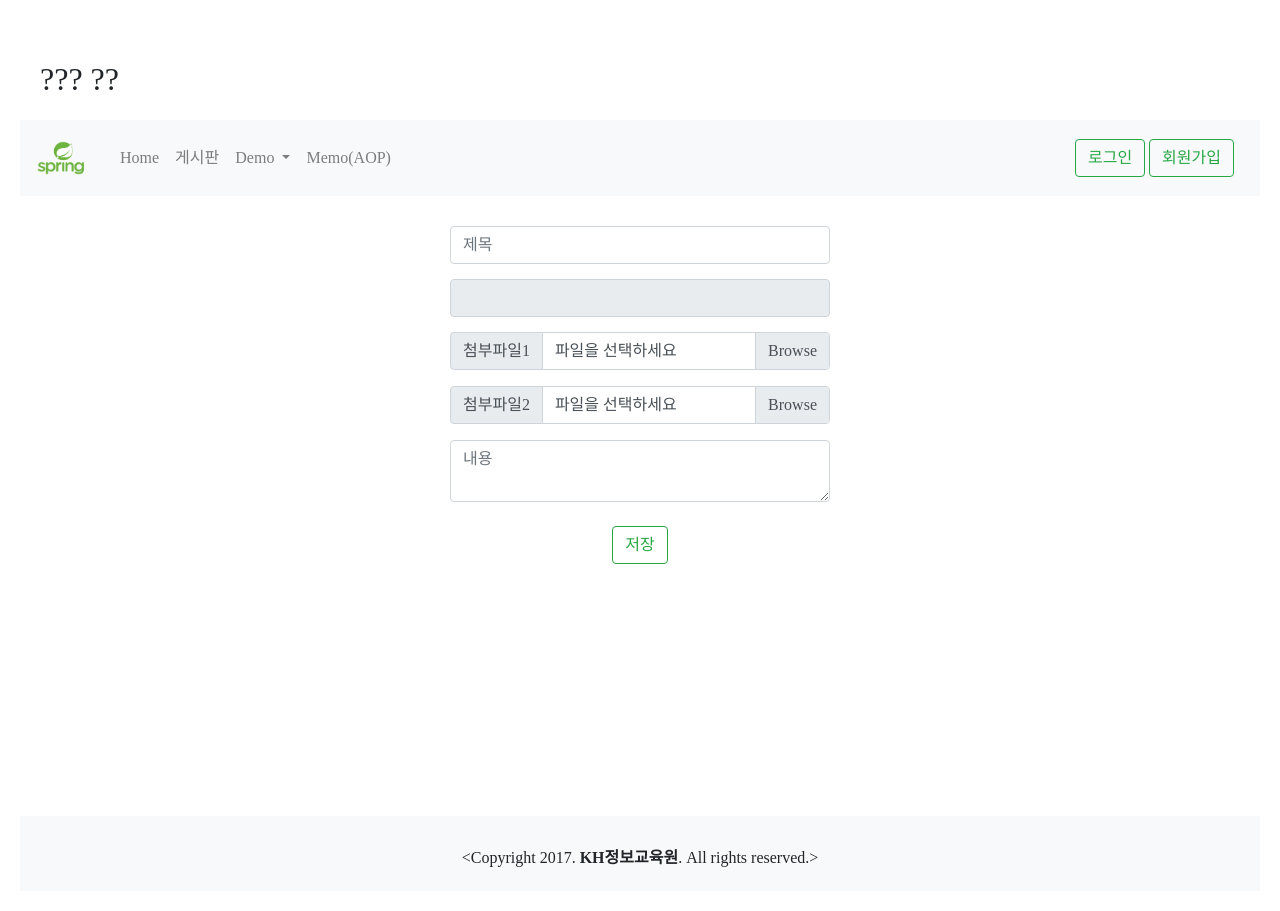
Repository: jsungl/SPRING-WORKSPACE
Page: http://localhost/hello-spring/WEB-INF/views/board/boardForm.jsp
These files come from the project's save history. The page is drawn as it stood at one moment and after the next save; the edit follows.
The browser window is 1280 px wide. The pictures show the whole page.
The page is served by Tomcat 9. Nobody is signed in. Other server files are loaded and not shown. The template is opened directly, without the code that normally fills it, so the values that code supplies are empty.

Above is the page before, as saved 2021-05-25 12:23:01.

### hello-spring/src/main/webapp/WEB-INF/views/board/boardForm.jsp
<%@ page language="java" contentType="text/html; charset=UTF-8"
    pageEncoding="UTF-8"%>
<%@ taglib prefix="c" uri="http://java.sun.com/jsp/jstl/core"%>
<%@ taglib prefix="fmt" uri="http://java.sun.com/jsp/jstl/fmt"%>
<%@ taglib prefix="fn" uri="http://java.sun.com/jsp/jstl/functions"%>
<jsp:include page="/WEB-INF/views/common/header.jsp">
	<jsp:param value="게시글 작성" name="title"/>
</jsp:include>
<style>
div#board-container{width:400px; margin:0 auto; text-align:center;}
div#board-container input{margin-bottom:15px;}
/* 부트스트랩 : 파일라벨명 정렬*/
div#board-container label.custom-file-label{text-align:left;}

</style>
<script>
/* textarea에도 required속성을 적용가능하지만, 공백이 입력된 경우 대비 유효성검사를 실시함. */
function boardValidate(){
	var $content = $("[name=content]");
	if(/^(.|\n)+$/.test($content.val()) == false){
		alert("내용을 입력하세요");
		return false;
	}
	return true;
}

$(() => {
	$("[name=upFile]").change(e => {
		//파일명 가져오기
		var file = $(e.target).prop('files')[0]; //javascript객체
		//var file = $(e.target).prop('files');
		console.log(file);
		//console.log(files[0]);
		var $label = $(e.target).next();

		//label 적용
		//$label.html(file.length > 1 ? file[0].name + " 외 " + (file.length - 1) + "개"  : "파일을 선택하세요.");
		$label.html(file ? file.name : "파일을 선택하세요.");
	});

});

</script>
<div id="board-container">
	<form name="boardFrm" action="${pageContext.request.contextPath}/board/boardEnroll.do" method="post" onsubmit="return boardValidate();" enctype="multipart/form-data">
		<input type="text" class="form-control" placeholder="제목" name="title" id="title" required>
		<input type="text" class="form-control" name="memberId" value="${loginMember.id}" readonly required>
		<!-- input:file소스 : https://getbootstrap.com/docs/4.1/components/input-group/#custom-file-input -->
		<div class="input-group mb-3" style="padding:0px;">
		  <div class="input-group-prepend" style="padding:0px;">
		    <span class="input-group-text">첨부파일1</span>
		  </div>
		  <div class="custom-file">
		    <input type="file" class="custom-file-input" name="upFile" id="upFile1" multiple>
		    <label class="custom-file-label" for="upFile1">파일을 선택하세요</label>
		  </div>
		</div>
		<div class="input-group mb-3" style="padding:0px;">
		  <div class="input-group-prepend" style="padding:0px;">
		    <span class="input-group-text">첨부파일2</span>
		  </div>
		  <div class="custom-file">
		    <input type="file" class="custom-file-input" name="upFile" id="upFile2" >
		    <label class="custom-file-label" for="upFile2">파일을 선택하세요</label>
		  </div>
		</div>

	    <textarea class="form-control" name="content" placeholder="내용" required></textarea>
		<br />
		<input type="submit" class="btn btn-outline-success" value="저장" >
	</form>
</div>
<jsp:include page="/WEB-INF/views/common/footer.jsp"></jsp:include>

### hello-spring/src/main/webapp/WEB-INF/views/common/header.jsp
<%@ page language="java" contentType="text/html; charset=UTF-8"
    pageEncoding="UTF-8"%>
<%@ taglib prefix="c" uri="http://java.sun.com/jsp/jstl/core"%>
<%@ taglib prefix="fmt" uri="http://java.sun.com/jsp/jstl/fmt"%>
<%@ taglib prefix="fn" uri="http://java.sun.com/jsp/jstl/functions"%>
<!DOCTYPE html>
<html>
<head>
<meta charset="UTF-8">
<title>${param.title}</title>

<script src="http://code.jquery.com/jquery-latest.min.js"></script>

<!-- bootstrap js: jquery load 이후에 작성할것.-->
<script src="https://cdnjs.cloudflare.com/ajax/libs/popper.js/1.14.3/umd/popper.min.js" integrity="sha384-ZMP7rVo3mIykV+2+9J3UJ46jBk0WLaUAdn689aCwoqbBJiSnjAK/l8WvCWPIPm49" crossorigin="anonymous"></script>
<script src="https://stackpath.bootstrapcdn.com/bootstrap/4.1.3/js/bootstrap.min.js" integrity="sha384-ChfqqxuZUCnJSK3+MXmPNIyE6ZbWh2IMqE241rYiqJxyMiZ6OW/JmZQ5stwEULTy" crossorigin="anonymous"></script>

<!-- bootstrap css -->
<link rel="stylesheet" href="https://stackpath.bootstrapcdn.com/bootstrap/4.1.0/css/bootstrap.min.css" integrity="sha384-9gVQ4dYFwwWSjIDZnLEWnxCjeSWFphJiwGPXr1jddIhOegiu1FwO5qRGvFXOdJZ4" crossorigin="anonymous">

<!-- 사용자작성 css -->
<link rel="stylesheet" href="${pageContext.request.contextPath }/resources/css/style.css" />
<%-- <c:if test="${not empty msg}">
<script>
	alert("${msg}");
</script>

</c:if> --%>

</head>
<body>
<div id="container">
	<header>
		<div id="header-container">
			<h2>${param.title}</h2>
		</div>
		<!-- https://getbootstrap.com/docs/4.0/components/navbar/ -->
		<nav class="navbar navbar-expand-lg navbar-light bg-light">
			<a class="navbar-brand" href="#">
				<img src="${pageContext.request.contextPath }/resources/images/logo-spring.png" alt="스프링로고" width="50px" />
			</a>
			<button class="navbar-toggler" type="button" data-toggle="collapse" data-target="#navbarNav" aria-controls="navbarNav" aria-expanded="false" aria-label="Toggle navigation">
				<span class="navbar-toggler-icon"></span>
		  	</button>
			<div class="collapse navbar-collapse" id="navbarNav">
				<ul class="navbar-nav mr-auto">
			    	<li class="nav-item"><a class="nav-link" href="${pageContext.request.contextPath}">Home</a></li>
                    <li class="nav-item"><a class="nav-link" href="${pageContext.request.contextPath}/board/boardList.do">게시판</a></li>
                    <!-- 데모메뉴 DropDown -->
                    <!--https://getbootstrap.com/docs/4.1/components/navbar/#supported-content-->
                    <li class="nav-item dropdown">
                        <a class="nav-link dropdown-toggle" href="#" id="navbarDropdown" role="button" data-toggle="dropdown" aria-haspopup="true" aria-expanded="false">
                            Demo
                        </a>
                        <div class="dropdown-menu" aria-labelledby="navbarDropdown">
                            <a class="dropdown-item" href="${pageContext.request.contextPath}/demo/devForm.do">Dev 등록</a>
                            <a class="dropdown-item" href="${pageContext.request.contextPath}/demo/devList.do">Dev 목록</a>
                        </div>
				    </li>
				    <li class="nav-item"><a class="nav-link" href="${pageContext.request.contextPath}/memo/memo.do">Memo(AOP)</a></li>
			    </ul>
			    <c:if test="${loginMember == null}">
			    <%-- 로그인 이전 --%>
			    <button class="btn btn-outline-success my-2 my-sm-0" type="button" onclick="location.href='${pageContext.request.contextPath}/member/memberLogin.do';">
			    	로그인
			    </button>
                &nbsp;
                <button class="btn btn-outline-success my-2 my-sm-0" type="button" onclick="location.href='${pageContext.request.contextPath}/member/memberEnroll.do';">
                	회원가입
                </button>
                </c:if>
                <c:if test="${loginMember != null}">
                <%-- 로그인 이후 --%>
			    <span><a href="${pageContext.request.contextPath}/member/memberDetail.do">${loginMember.name}</a>님, 안녕하세요</span>
			    &nbsp;
			    <button
			    	class="btn btn-outline-success my-2 my-sm-0"
			    	onclick="location.href='${pageContext.request.contextPath}/member/memberLogout.do';"
			    	type="button" >로그아웃</button>
			    </c:if>
			 </div>
		</nav>
	</header>
	<section id="content">
	<c:if test="${not empty msg}">
		<div class="alert alert-warning alert-dismissible fade show" role="alert">
		  <strong>${msg}</strong>
		  <button type="button" class="close" data-dismiss="alert" aria-label="Close">
		    <span aria-hidden="true">&times;</span>
		  </button>
		</div>
	</c:if>

### hello-spring/src/main/webapp/WEB-INF/views/common/footer.jsp
<%@ page language="java" contentType="text/html; charset=UTF-8"
    pageEncoding="UTF-8"%>
</section>
	<footer>
		<p>&lt;Copyright 2017. <strong>KH정보교육원</strong>. All rights reserved.&gt;</p>
	</footer>

</div>
</body>
</html>

### hello-spring/src/main/webapp/resources/css/style.css
@CHARSET "UTF-8";
body {font-family:"휴먼모음T";}
div, section, header, aside, footer {padding:10px;}

/********** 전체컨테이너 **********/
div#container	{}

/********** header **********/
header div#header-container {height:100px;}
header div#header-container h2 	{margin:30px 10px 0px 10px;}


/********** content **********/
section#content		{min-height:600px;}


/********** footer **********/
footer	{background-color:#f8f9fa; background-clip:content-box; clear:both; height:95px; text-align:center;}
footer p 	{margin-top:30px;}

After the next save:
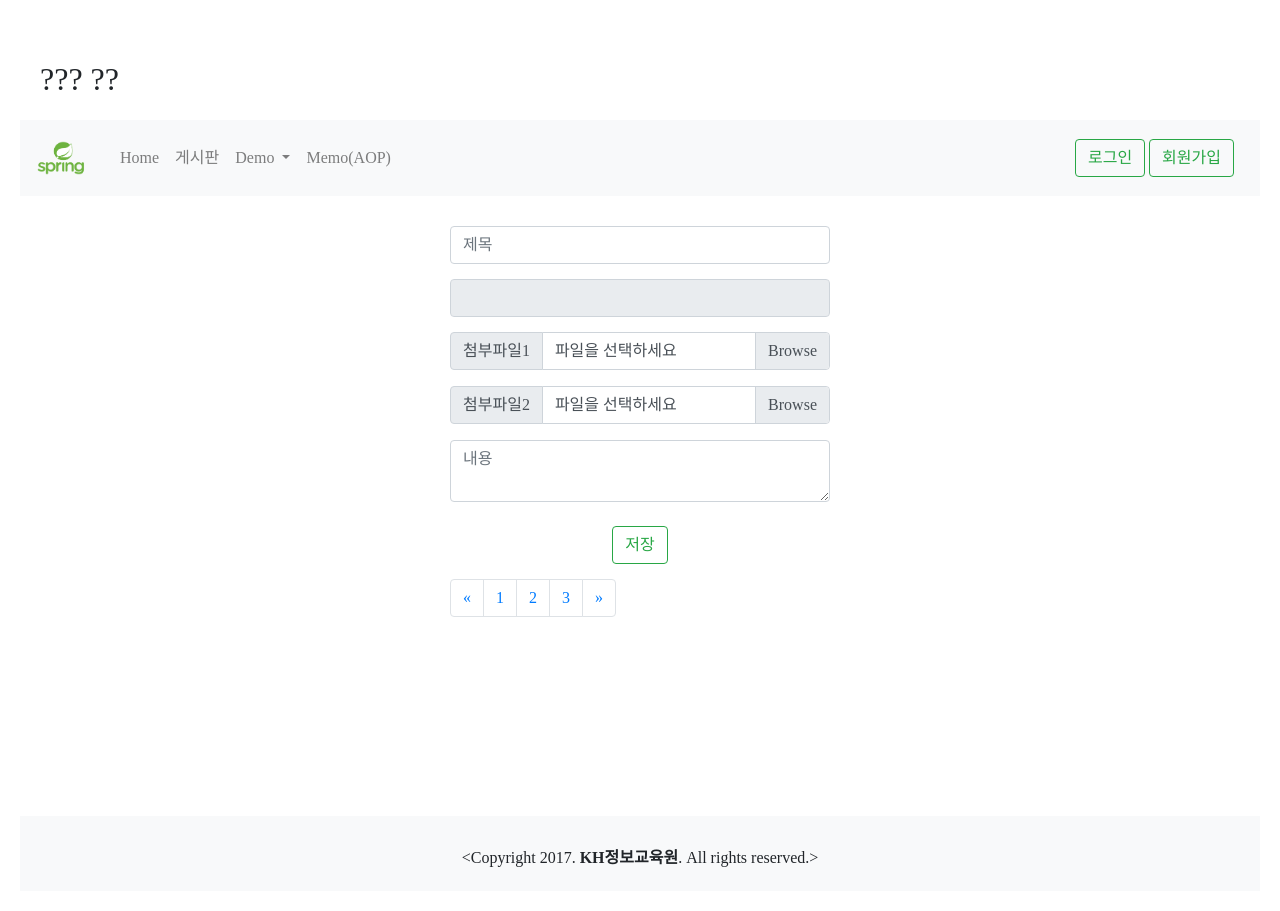
Saved 3 h 57 min later.
--- a/hello-spring/src/main/webapp/WEB-INF/views/board/boardForm.jsp
+++ b/hello-spring/src/main/webapp/WEB-INF/views/board/boardForm.jsp
@@ -69,5 +69,25 @@
 		<br />
 		<input type="submit" class="btn btn-outline-success" value="저장" >
 	</form>
+
+	<nav aria-label="Page navigation example">
+	  <ul class="pagination">
+	    <li class="page-item">
+	      <a class="page-link" href="#" aria-label="Previous">
+	        <span aria-hidden="true">&laquo;</span>
+	        <span class="sr-only">Previous</span>
+	      </a>
+	    </li>
+	    <li class="page-item"><a class="page-link" href="#">1</a></li>
+	    <li class="page-item"><a class="page-link" href="#">2</a></li>
+	    <li class="page-item"><a class="page-link" href="#">3</a></li>
+	    <li class="page-item">
+	      <a class="page-link" href="#" aria-label="Next">
+	        <span aria-hidden="true">&raquo;</span>
+	        <span class="sr-only">Next</span>
+	      </a>
+	    </li>
+	  </ul>
+</nav>
 </div>
 <jsp:include page="/WEB-INF/views/common/footer.jsp"></jsp:include>

After the save that followed:
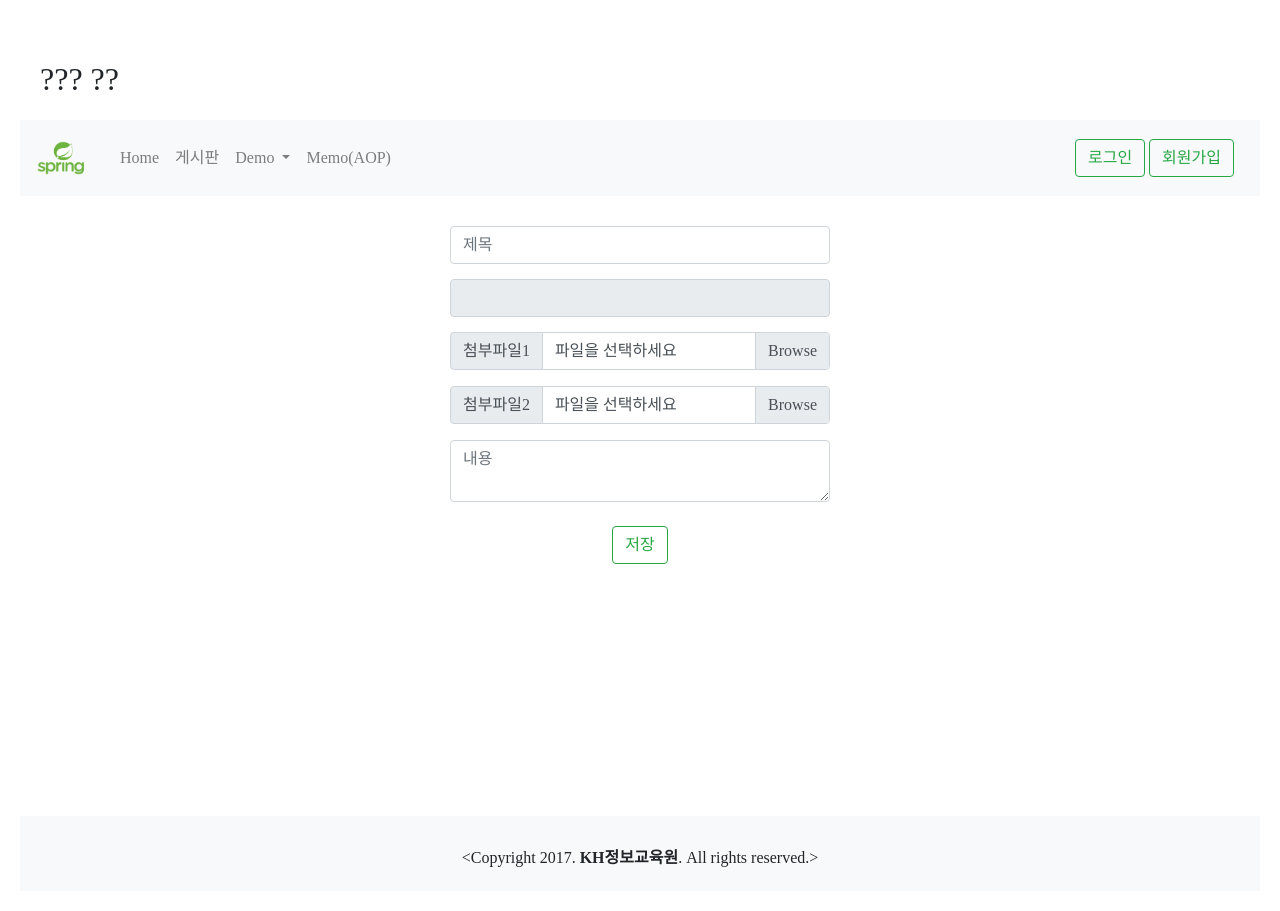
Saved 2 min 55 s later.
--- a/hello-spring/src/main/webapp/WEB-INF/views/board/boardForm.jsp
+++ b/hello-spring/src/main/webapp/WEB-INF/views/board/boardForm.jsp
@@ -70,24 +70,5 @@
 		<input type="submit" class="btn btn-outline-success" value="저장" >
 	</form>
 
-	<nav aria-label="Page navigation example">
-	  <ul class="pagination">
-	    <li class="page-item">
-	      <a class="page-link" href="#" aria-label="Previous">
-	        <span aria-hidden="true">&laquo;</span>
-	        <span class="sr-only">Previous</span>
-	      </a>
-	    </li>
-	    <li class="page-item"><a class="page-link" href="#">1</a></li>
-	    <li class="page-item"><a class="page-link" href="#">2</a></li>
-	    <li class="page-item"><a class="page-link" href="#">3</a></li>
-	    <li class="page-item">
-	      <a class="page-link" href="#" aria-label="Next">
-	        <span aria-hidden="true">&raquo;</span>
-	        <span class="sr-only">Next</span>
-	      </a>
-	    </li>
-	  </ul>
-</nav>
 </div>
 <jsp:include page="/WEB-INF/views/common/footer.jsp"></jsp:include>
